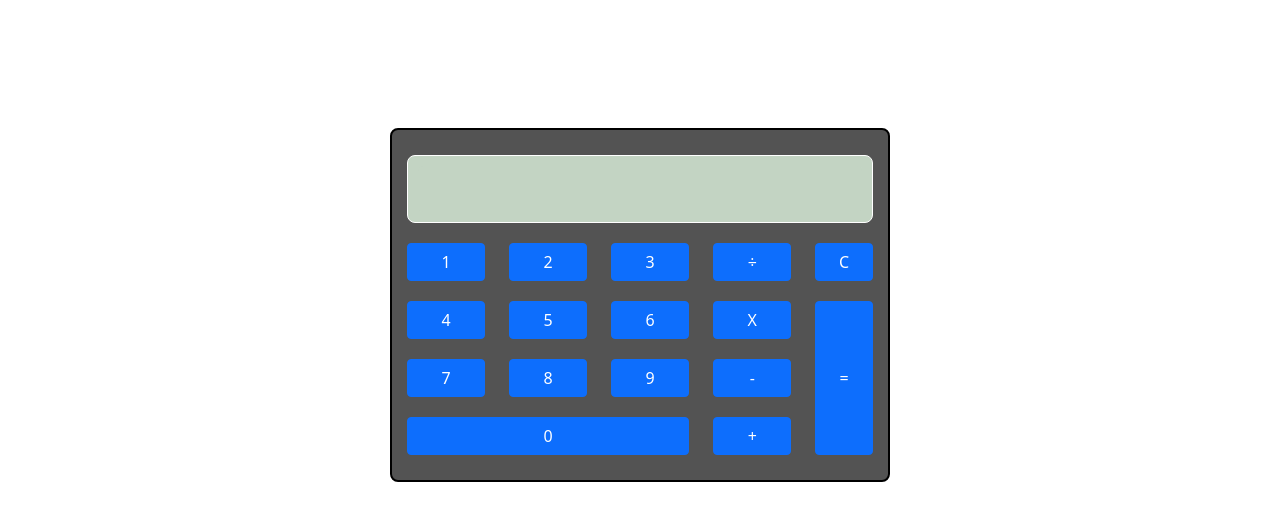
Repository: jsakdalan/CalculatorReactTypescript
Page: /
The author's editor kept a copy of each file at every save. The page is drawn from the files as they stood at one save, then again after the next save.
The browser window is 1280 px wide. The pictures show the whole page.
The project was rebuilt for these pictures with package versions that can differ from the ones it lists, and the page was loaded fresh each time. Also part of the build but not shown: src/App.css.

Above is the page before, as saved 2022-06-07 17:22:11.

After the next save:
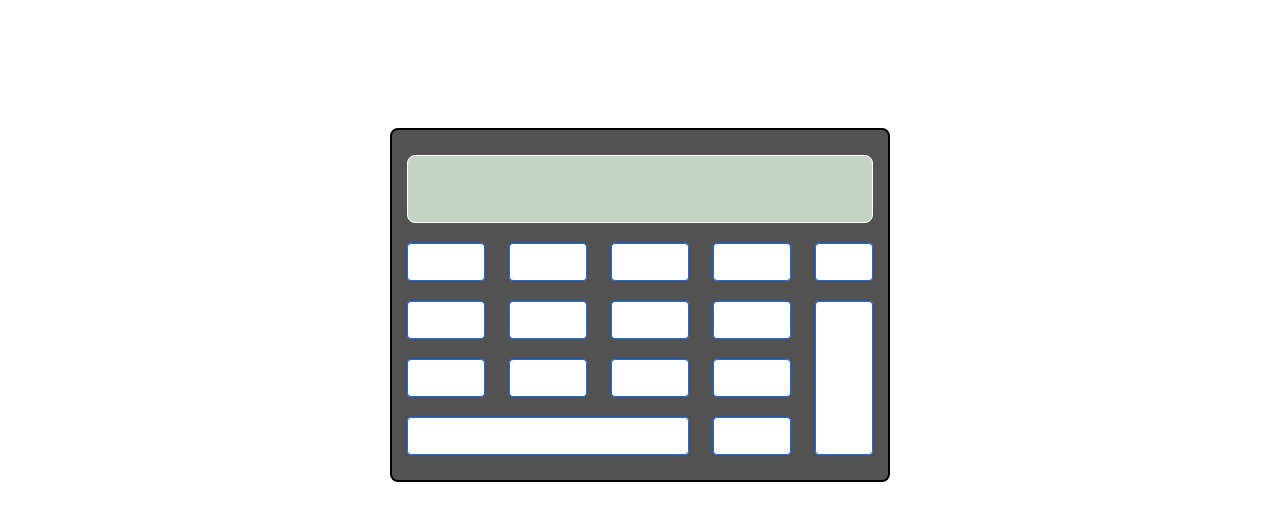
Saved 17 s later.
--- a/src/pages/Calculator.css
+++ b/src/pages/Calculator.css
@@ -29,7 +29,7 @@
 }
 
 .btn-primary{
-    background-color: #ffffff;
+    background-color: #ffffff!important;
 }
 
 .numerical{
